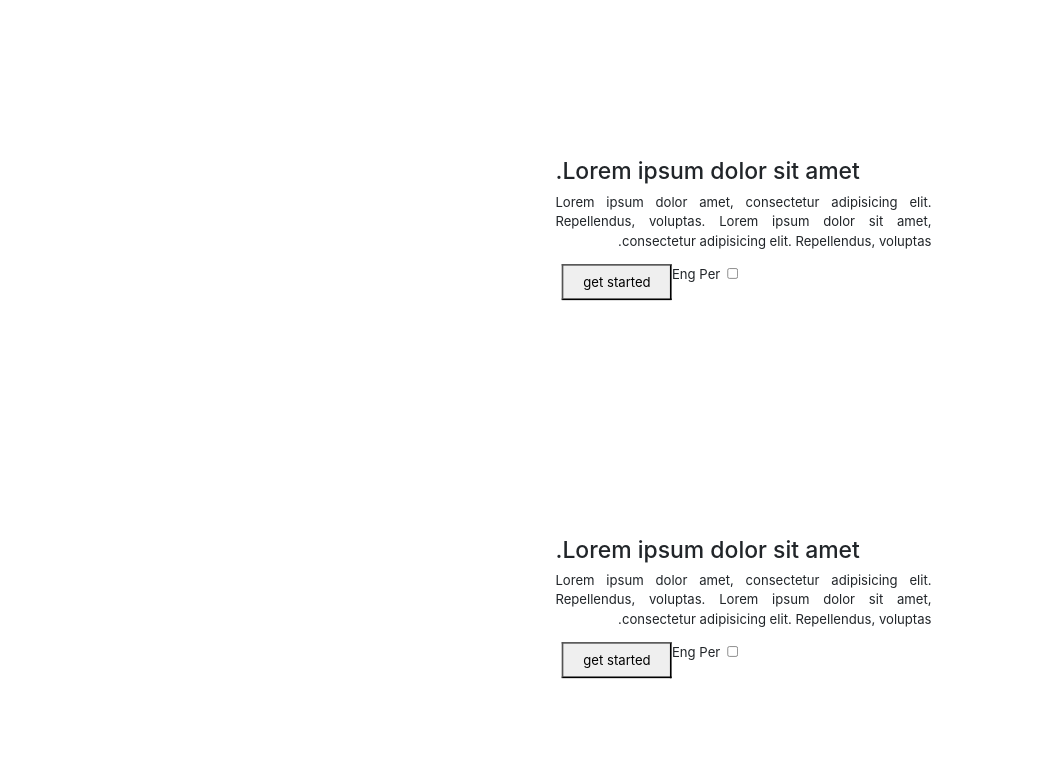
Repository: FENiki/colorlib-accounting
Page: golzar.html
The author's editor kept a copy of each file at every save. The page is drawn from the files as they stood at one save, then again after the next save.
The browser window is 1280 px wide. The pictures show the whole page, at 82% of full size.

Above is the page before, as saved 2021-10-02 20:15:00.

After the next save:
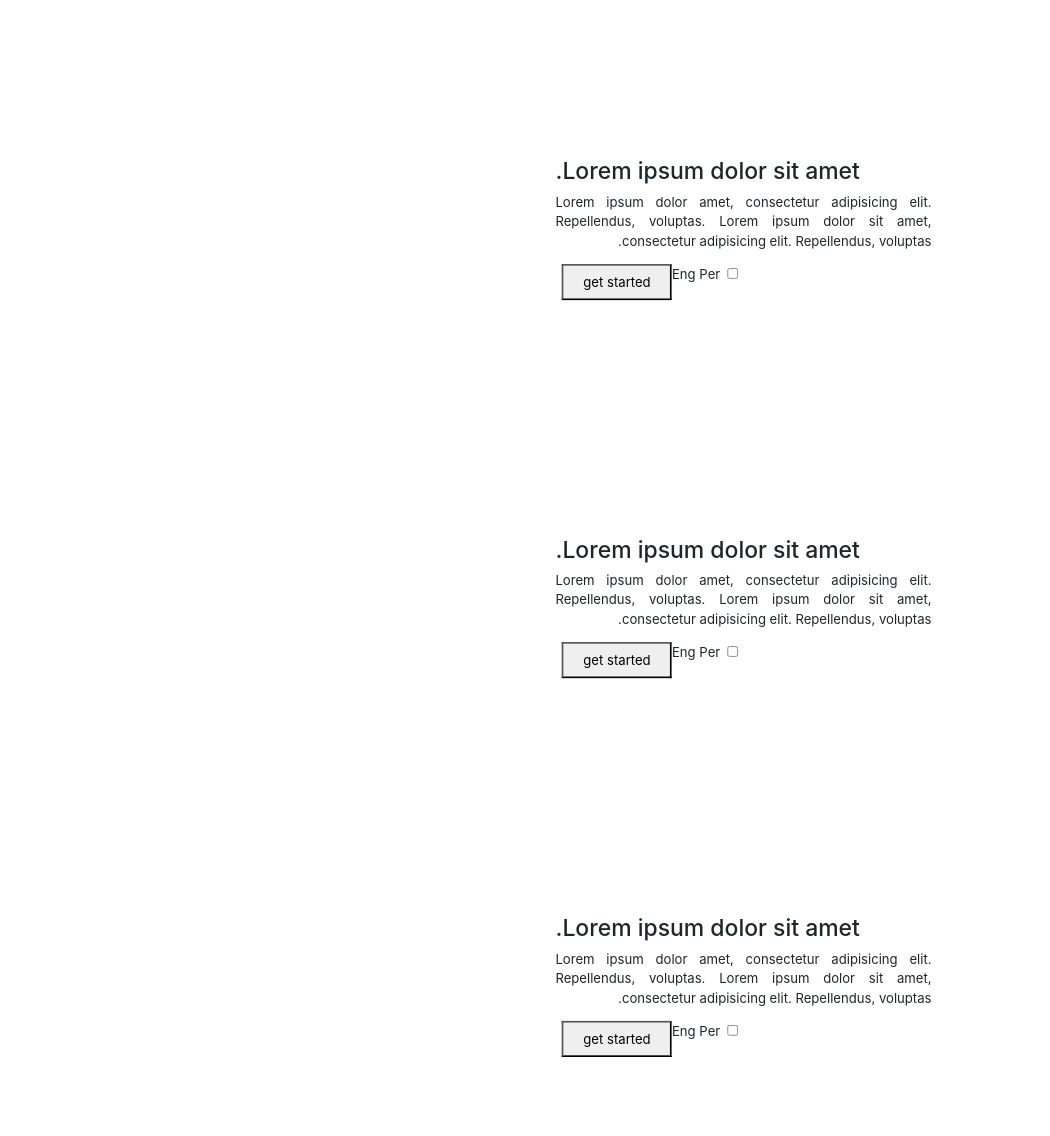
Saved 10 s later.
--- a/golzar.html
+++ b/golzar.html
@@ -6,10 +6,10 @@
       name="viewport"
       content="width=device-width, initial-scale=1, shrink-to-fit=no"
     />
-    <title>colorli</title>
-
-
-    <link rel="stylesheet" href="./assets/css/bootstrap.min.css">
+    <title>colorlib</title>
+
+
+    <link rel="stylesheet" href="">
     <!-- <link rel="stylesheet" href="/assets/css/normalize.css" /> -->
     <link rel="stylesheet" href="./assets/css/style.css" />
     <link
@@ -83,7 +83,7 @@
       name="viewport"
       content="width=device-width, initial-scale=1, shrink-to-fit=no"
     />
-    <title>زخمخ</title>
+    <title>colorli</title>
 
 
     <link rel="stylesheet" href="./assets/css/bootstrap.min.css">
@@ -152,3 +152,80 @@
     <script src="./assets/js/bootstrap.min.js"></script>
   </body>
 </html>
+<!DOCTYPE html>
+<html lang="fa" dir="ltr">
+  <head>
+    <meta charset="utf-8" />
+    <meta
+      name="viewport"
+      content="width=device-width, initial-scale=1, shrink-to-fit=no"
+    />
+    <title>زخمخ</title>
+
+
+    <link rel="stylesheet" href="./assets/css/bootstrap.min.css">
+    <!-- <link rel="stylesheet" href="/assets/css/normalize.css" /> -->
+    <link rel="stylesheet" href="./assets/css/style.css" />
+    <link
+      rel="stylesheet"
+      href="https://testing.tarhito.com/assets/font/fontawesome-pro/fontawesome-pro.css"
+    />
+    <link
+      href="https://testing.tarhito.com/assets/fonts/fontawesome-pro.min.css"
+      rel="stylesheet"
+      type="text/css"
+    />
+  </head>
+  <body>
+
+
+    <div class="main-row d-flex">
+      <div class="row m-0 p-0">
+        <div
+          class="col-lg-7 col-md-8 col-sm-12 col-12 mt-lg-5 px-2 py-5 px-lg-5"
+        >
+          <div class="p-lg-5">
+            <div class="content mt-lg-5 px-lg-5 px-3">
+              <h3 class="text-wrap mt-5">Lorem ipsum dolor sit amet.</h3>
+              <p class="text-justify">
+                Lorem ipsum dolor amet, consectetur adipisicing elit.
+                Repellendus, voluptas. Lorem ipsum dolor sit amet, consectetur
+                adipisicing elit. Repellendus, voluptas.
+              </p>
+              <div class="btn-section d-flex justify-content-end">
+                <div class="switch">
+                  <input
+                    id="language-toggle"
+                    class="check-toggle check-toggle-round-flat"
+                    type="checkbox"
+                  />
+                  <label for="language-toggle"></label>
+                  <span class="on">Eng</span>
+                  <span class="off">Per</span>
+                </div>
+                <button
+                  type="button"
+                  class="px-4 py-2 ml-2 custom-btn text-nowrap"
+                >
+                  get started
+                </button>
+              </div>
+            </div>
+          </div>
+        </div>
+        <!--right-col-->
+
+        <div class="bottom-img"></div>
+        <div class="col-xl-5 col-lg-5 col-md-4 col-sm-3 col-12 p-0 m-0">
+          <div class="right-col"></div>
+        </div>
+      </div>
+    </div>
+
+
+    <script src="./assets/js/jquery-3.5.1.slim.min.js"></script>
+    <script src="./assets/js/bootstrap.bundle.min.js "></script>
+    <script src="./assets/js/popper.min.js"></script>
+    <script src="./assets/js/bootstrap.min.js"></script>
+  </body>
+</html>
